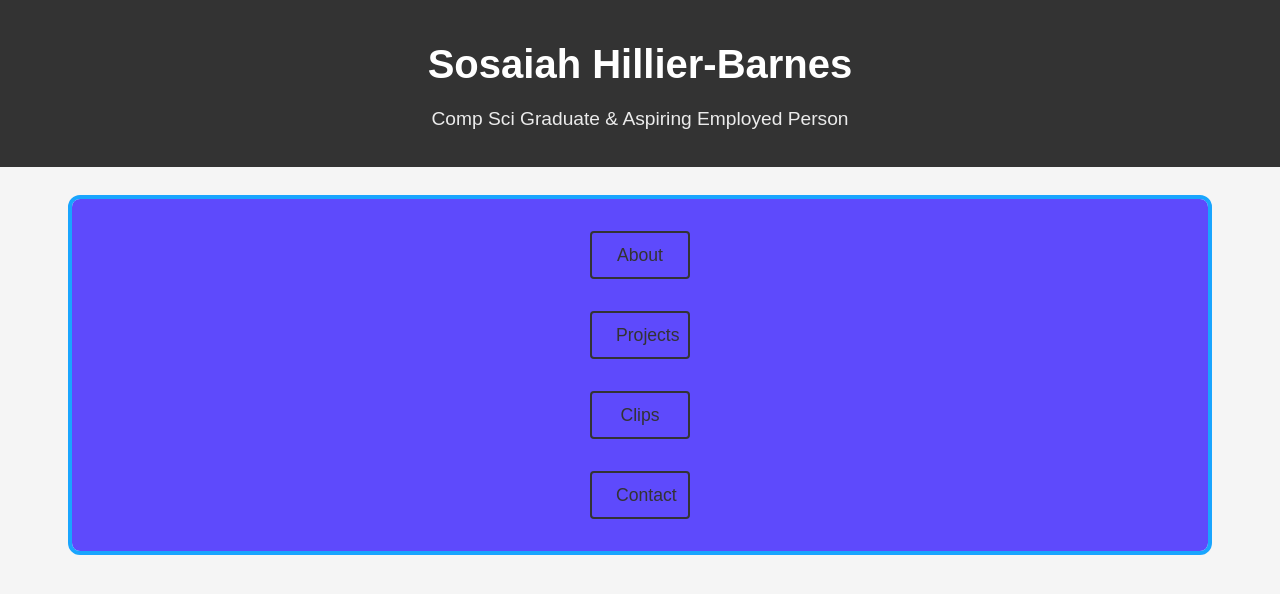
Repository: Hillier-Barnes/PortfolioWebsiteNew
Page: /
The author's editor kept a copy of each file at every save. The page is drawn from the files as they stood at one save, then again after the next save.
The browser window is 1280 px wide. The pictures show the whole page.
The project was rebuilt for these pictures with package versions that can differ from the ones it lists, and the page was loaded fresh each time. Also part of the build but not shown: vite.config.js.

Above is the page before, as saved 2025-11-12 14:39:57.

After the next save:
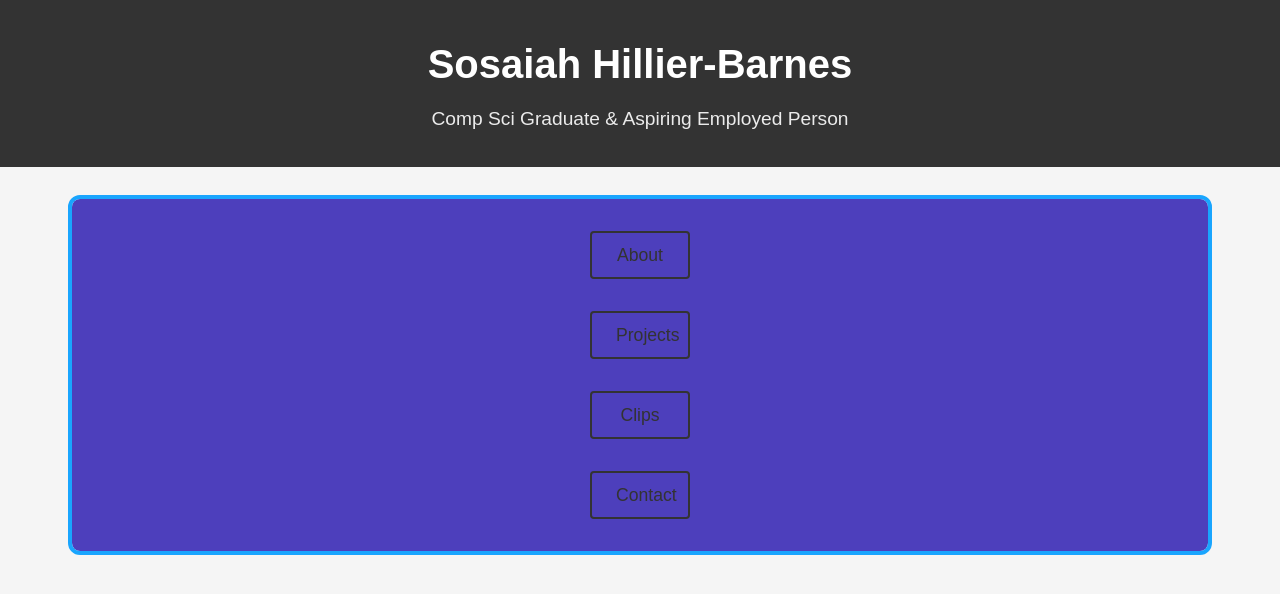
Saved 4 s later.
--- a/styles.css
+++ b/styles.css
@@ -44,7 +44,7 @@ nav {
   align-items: center;
   gap: 2rem;
   padding: 2rem;
-  background-color: rgba(43, 16, 255, 0.74);
+  background-color: rgba(20, 0, 169, 0.74);
   border-radius: 8px;
   outline: 4px solid rgba(11, 161, 255, 0.936);
 }
